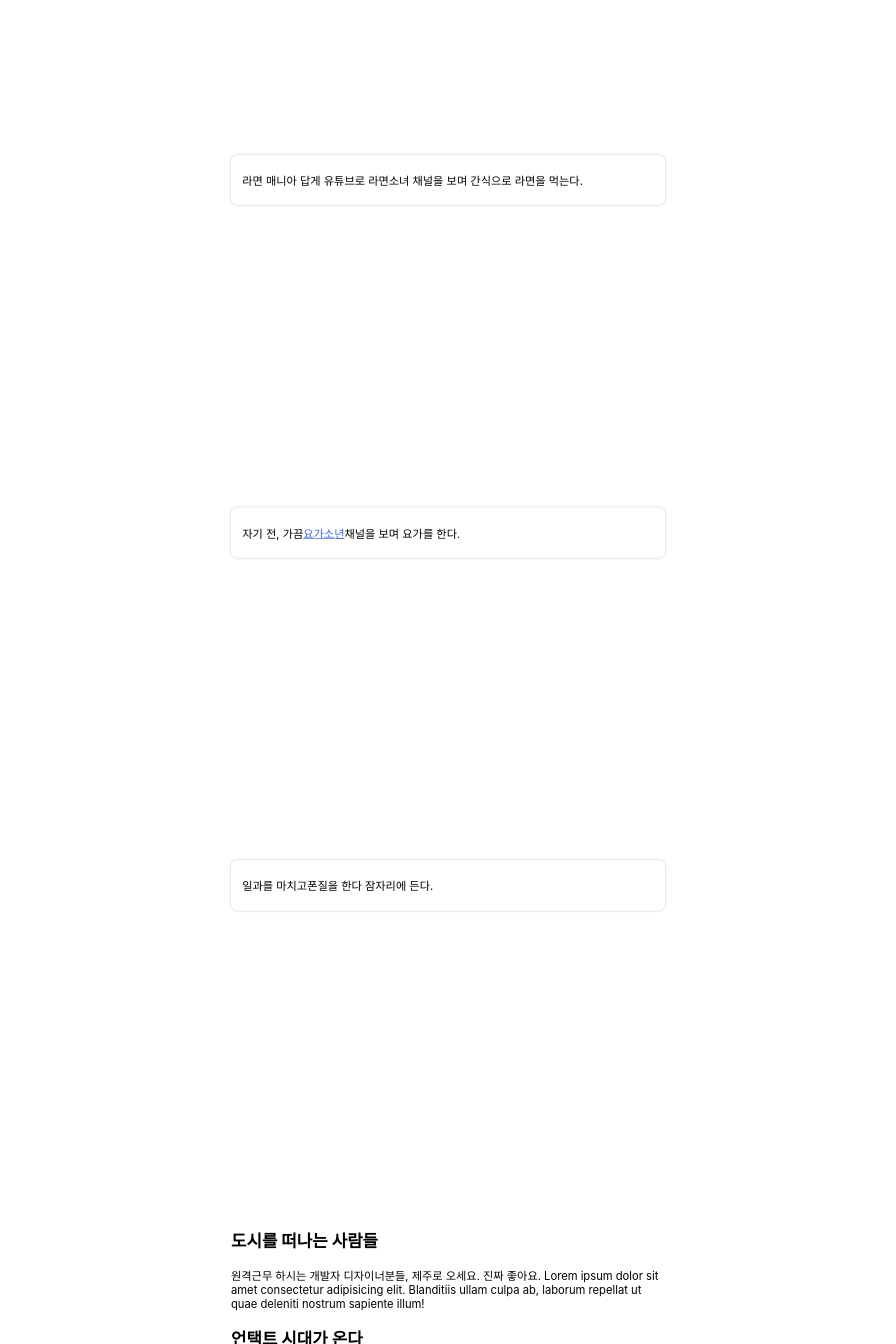
Repository: westone034626/ReactPractice
Page: /
An editor plug-in stored every save of this project. The page is shown before and after the next save, followed by the edit.
The browser window is 1280 px wide. The pictures show the part of the page from y = 4500 to 6420 px (the page is 6734 px tall before and 6842 px after), at 70% of full size.
The project was rebuilt for these pictures with package versions that can differ from the ones it lists, and the page was loaded fresh each time. Also part of the build but not shown: src/App.css.

Above is the page before, as saved 2021-10-31 23:44:18.

After the next save:
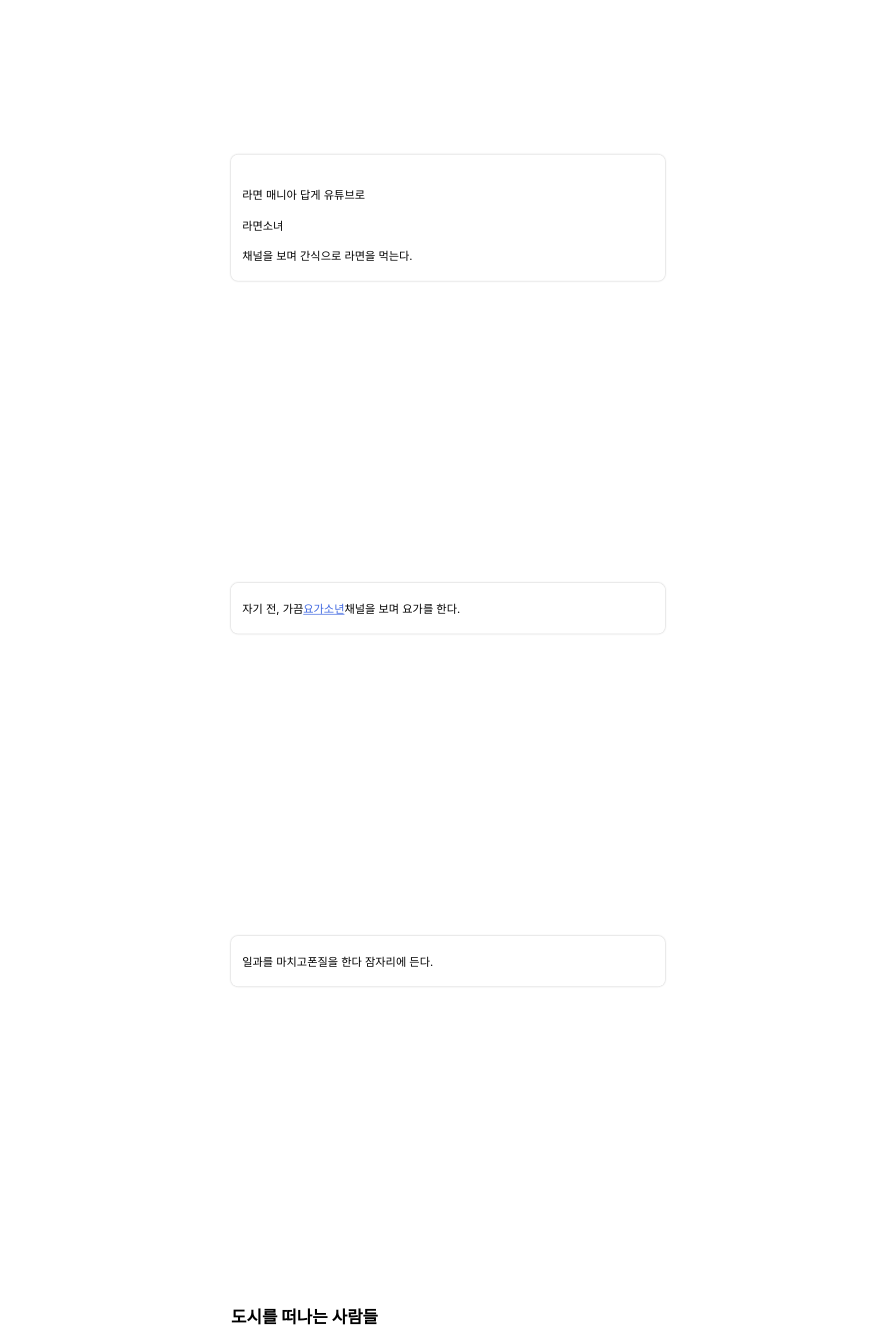
Saved 8 s later.
--- a/src/App.js
+++ b/src/App.js
@@ -110,8 +110,13 @@ function App() {
           </div>
           <div className={styles.step}>
             <p style={{ whiteSpace: 'pre-line' }}>
-              라면 매니아 답게 유튜브로 라면소녀 채널을 보며 간식으로 라면을
-              먹는다.
+              {`
+              라면 매니아 답게 유튜브로
+
+                라면소녀
+
+              채널을 보며 간식으로 라면을 먹는다.
+`}
             </p>
           </div>
           <div className={styles.step}>
